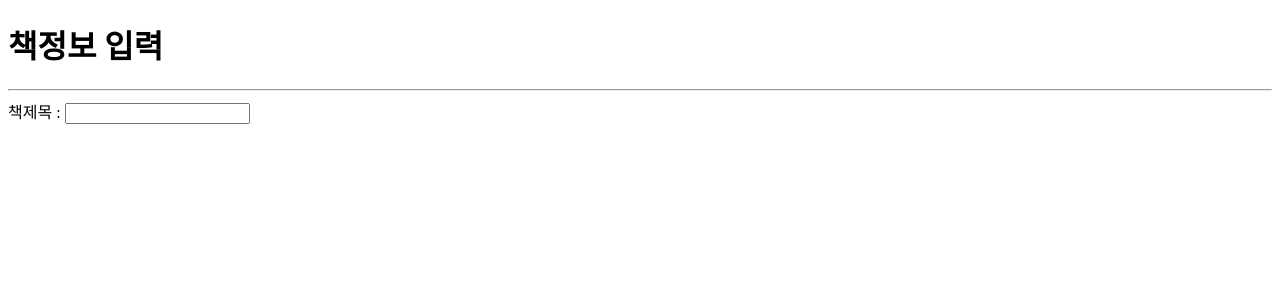
Repository: fhwang2/WEB
Page: 190710_JSP_withDB/WebContent/inputForm.html
The author's editor kept a copy of each file at every save. The page is drawn from the files as they stood at one save, then again after the next save.
The browser window is 1280 px wide. The pictures show the whole page.

Above is the page before, as saved 2019-07-10 01:17:44.

### 190710_JSP_withDB/WebContent/inputForm.html
<!DOCTYPE html>
<html>
<head>
<meta charset="UTF-8">
<title>Insert title here</title>
</head>
<body>
	<h1>책정보 입력</h1>
	<hr>
	<form>
		책제목 : <input type="text" name="">  <!-- jsp에서는 name으로 id 지정 -->

	</form>
</body>
</html>

After the next save:
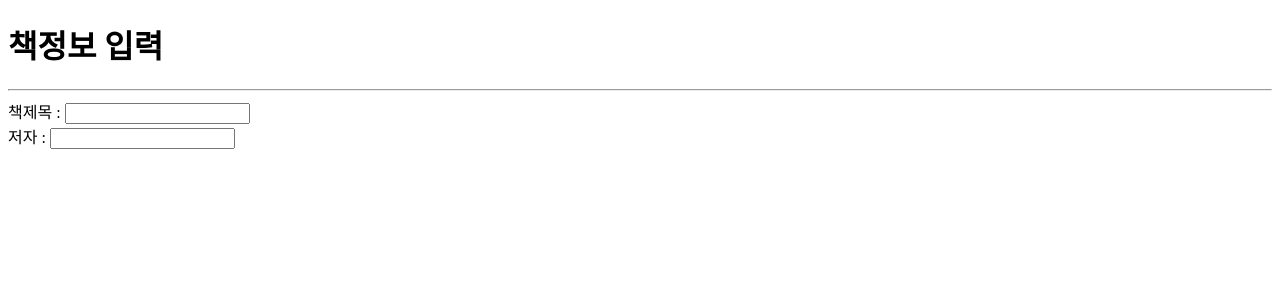
Saved 27 s later.
--- a/190710_JSP_withDB/WebContent/inputForm.html
+++ b/190710_JSP_withDB/WebContent/inputForm.html
@@ -8,7 +8,8 @@
 	<h1>책정보 입력</h1>
 	<hr>
 	<form>
-		책제목 : <input type="text" name="">  <!-- jsp에서는 name으로 id 지정 -->
+		책제목 : <input type="text" name="title"><br>  <!-- jsp에서는 name으로 id 지정 -->
+		저자 : <input type="text" name="author"><br>
 
 	</form>
 </body>
